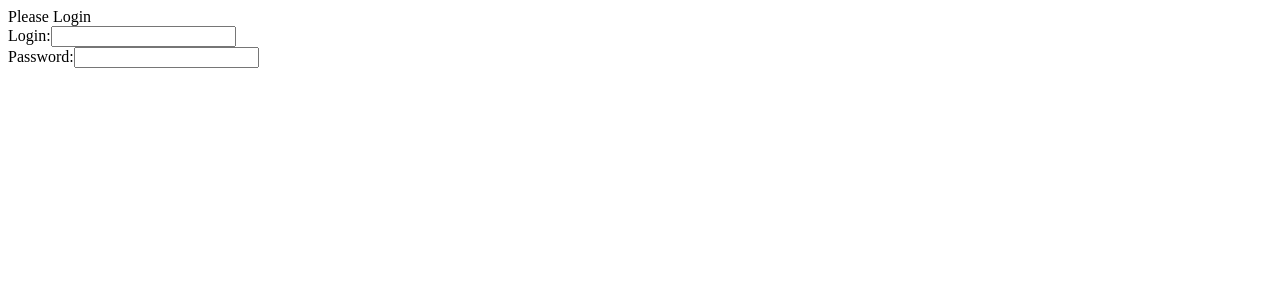
Repository: sheep9590/Test
Page: eclipse-workspace/Prj03/WebRoot/right.html
These files come from the project's save history. The page is drawn as it stood at one moment and after the next save; the edit follows.
The browser window is 1280 px wide. The pictures show the whole page.

Above is the page before, as saved 2021-09-08 14:55:31.

### eclipse-workspace/Prj03/WebRoot/right.html
<!DOCTYPE html>
<html>
<body>
      Please Login<br>
     <form>
     Login:<input type="text"><br>
     Password:<input type="password"><br>

     </form>
</body>
</html>

After the next save:
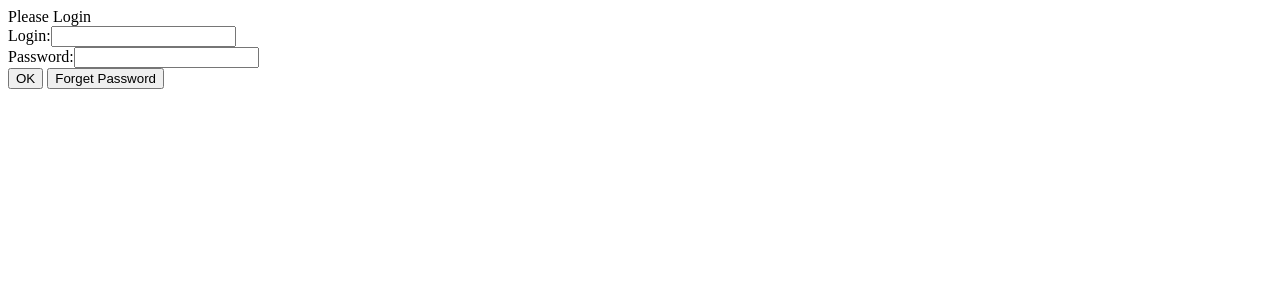
Saved 2 min 21 s later.
--- a/eclipse-workspace/Prj03/WebRoot/right.html
+++ b/eclipse-workspace/Prj03/WebRoot/right.html
@@ -5,7 +5,8 @@
      <form>
      Login:<input type="text"><br>
      Password:<input type="password"><br>
-
+     <input type="submit" value="OK">
+     <input type="reset" value="Forget Password">
      </form>
 </body>
 </html>
